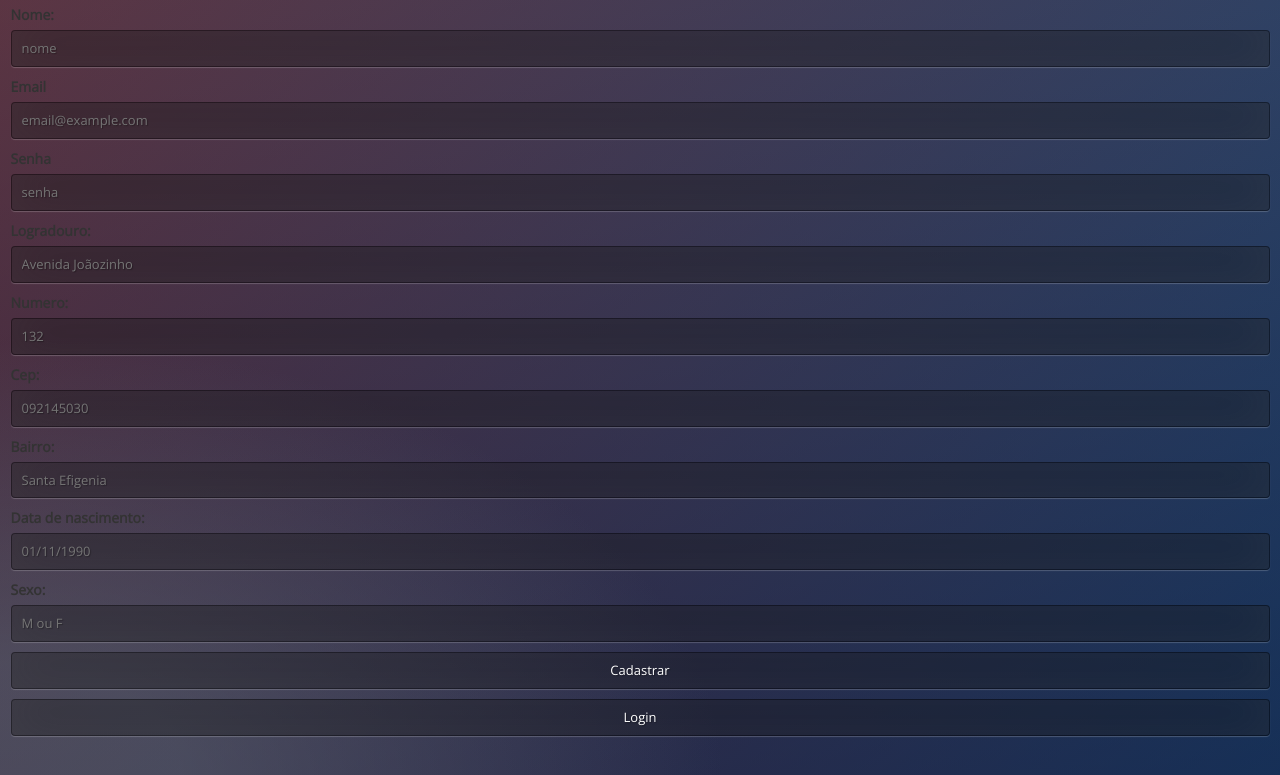
Repository: moises2112/Projetos
Page: http://localhost/Dog/cadastrar.jsp
These files come from the project's save history. The page is drawn as it stood at one moment and after the next save; the edit follows.
The browser window is 1280 px wide. The pictures show the whole page.
Some web libraries are served in a nearby version. The page is served by Tomcat 9. Other server files are loaded and not shown.

Above is the page before, as saved 2017-06-10 22:01:08.

### Dog/WebContent/cadastrar.jsp

<%@ page language="java" contentType="text/html; charset=ISO-8859-1"
	pageEncoding="ISO-8859-1"%>
<%@ taglib uri="http://java.sun.com/jsp/jstl/core" prefix="c"%>
<!DOCTYPE HTML>
<html>
<head>
<meta charset="UTF-8">
<meta http-equiv="Content-Type" content="text/html; charset=ISO-8859-1">
<link rel="stylesheet" type="text/css" href="css\bootstrap.css">

<link rel="stylesheet"
	href="https://cdnjs.cloudflare.com/ajax/libs/normalize/5.0.0/normalize.min.css">


<style>
/* NOTE: The styles were added inline because Prefixfree needs access to your styles and they must be inlined if they are on local disk! */
@import url(https://fonts.googleapis.com/css?family=Open+Sans);

body {
	width: 100%;
	height: 100%;
	font-family: 'Open Sans', sans-serif;
	background: #092756;
	background: -moz-radial-gradient(0% 100%, ellipse cover, rgba(104, 128, 138, .4)
		10%, rgba(138, 114, 76, 0) 40%),
		-moz-linear-gradient(top, rgba(57, 173, 219, .25) 0%,
		rgba(42, 60, 87, .4) 100%),
		-moz-linear-gradient(-45deg, #670d10 0%, #092756 100%);
	background: -webkit-radial-gradient(0% 100%, ellipse cover, rgba(104, 128, 138, .4)
		10%, rgba(138, 114, 76, 0) 40%),
		-webkit-linear-gradient(top, rgba(57, 173, 219, .25) 0%,
		rgba(42, 60, 87, .4) 100%),
		-webkit-linear-gradient(-45deg, #670d10 0%, #092756 100%);
	background: -o-radial-gradient(0% 100%, ellipse cover, rgba(104, 128, 138, .4)
		10%, rgba(138, 114, 76, 0) 40%),
		-o-linear-gradient(top, rgba(57, 173, 219, .25) 0%,
		rgba(42, 60, 87, .4) 100%),
		-o-linear-gradient(-45deg, #670d10 0%, #092756 100%);
	background: -ms-radial-gradient(0% 100%, ellipse cover, rgba(104, 128, 138, .4)
		10%, rgba(138, 114, 76, 0) 40%),
		-ms-linear-gradient(top, rgba(57, 173, 219, .25) 0%,
		rgba(42, 60, 87, .4) 100%),
		-ms-linear-gradient(-45deg, #670d10 0%, #092756 100%);
	background: -webkit-radial-gradient(0% 100%, ellipse cover, rgba(104, 128, 138, .4)
		10%, rgba(138, 114, 76, 0) 40%),
		linear-gradient(to bottom, rgba(57, 173, 219, .25) 0%,
		rgba(42, 60, 87, .4) 100%),
		linear-gradient(135deg, #670d10 0%, #092756 100%);
	filter: progid:DXImageTransform.Microsoft.gradient( startColorstr='#3E1D6D',
		endColorstr='#092756', GradientType=1);
}

input {
	width: 100%;
	margin-bottom: 10px;
	background: rgba(0, 0, 0, 0.3);
	border: none;
	outline: none;
	padding: 10px;
	font-size: 13px;
	color: #fff;
	text-shadow: 1px 1px 1px rgba(0, 0, 0, 0.3);
	border: 1px solid rgba(0, 0, 0, 0.3);
	border-radius: 4px;
	box-shadow: inset 0 -5px 45px rgba(100, 100, 100, 0.2), 0 1px 1px
		rgba(255, 255, 255, 0.2);
	-webkit-transition: box-shadow .5s ease;
	-moz-transition: box-shadow .5s ease;
	-o-transition: box-shadow .5s ease;
	-ms-transition: box-shadow .5s ease;
	transition: box-shadow .5s ease;
}

input:focus {
	box-shadow: inset 0 -5px 45px rgba(100, 100, 100, 0.4), 0 1px 1px
		rgba(255, 255, 255, 0.2);
}
</style>

<script
	src="https://cdnjs.cloudflare.com/ajax/libs/prefixfree/1.0.7/prefixfree.min.js"></script>

<title>Faça parte do Tindog</title>
</head>
<body>

	<form action="UsuarioController.do?action=inserir" method="post">
		<fieldset>

			<div>
				<label for="nome">Nome:</label> <input type="text" name="nome"
					placeholder="nome" />
			</div>
			<div>
				<label for="email">Email</label> <input type="text" name="email"
					placeholder="email@example.com" />
			</div>
			<div>
				<label for="senha">Senha</label> <input type="password" name="senha"
					placeholder="senha" />
			</div>
			<div>
				<label for="logradouro">Logradouro:</label> <input type="text"
					name="logradouro" placeholder="Avenida Joãozinho" />
			</div>
			<div>
				<label for="numero">Numero:</label> <input type="text" name="numero"
					placeholder="132" />
			</div>
			<div>
				<label for="cep">Cep:</label> <input type="text" name="cep"
					placeholder="092145030" />
			</div>
			<div>
				<label for="bairro">Bairro:</label> <input type="text" name="bairro"
					placeholder="Santa Efigenia" />
			</div>
			<div>
				<label for="dataNascimento">Data de nascimento:</label> <input
					type="text" name="dataNascimento" placeholder="01/11/1990" />
			</div>
			<div>
				<label for="sexo">Sexo:</label> <input type="text" name="sexo"
					placeholder="M ou F" />
			</div>

			<div>
				<input type="submit" value="Cadastrar" /> <input type="button"
					value="Login" onClick="window.location.href='./login.jsp'" />
			</div>
		</fieldset>
	</form>
	<label><c:out value="${erroAoLogar}" /></label>


</body>
</html>

Loaded but not shown: Dog/WebContent/css/bootstrap.css (library)

After the next save:
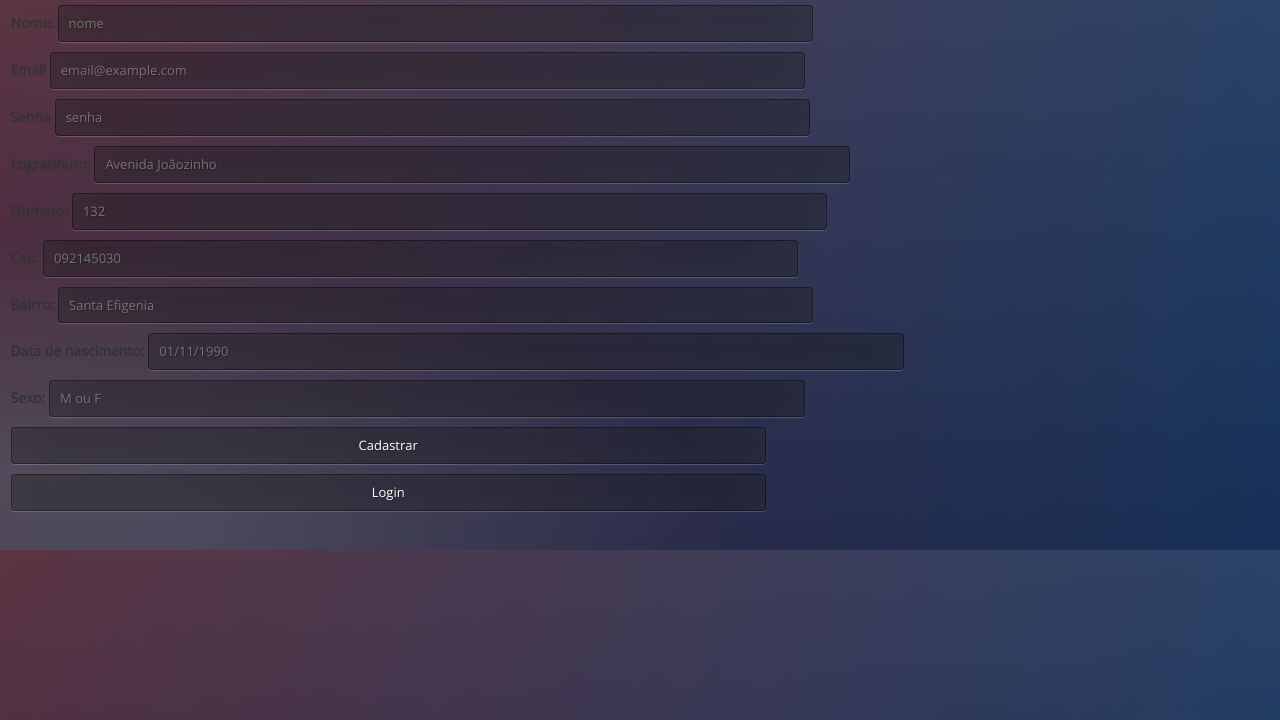
Saved 17 s later.
--- a/Dog/WebContent/cadastrar.jsp
+++ b/Dog/WebContent/cadastrar.jsp
@@ -52,7 +52,7 @@
 }
 
 input {
-	width: 100%;
+	width: 60%;
 	margin-bottom: 10px;
 	background: rgba(0, 0, 0, 0.3);
 	border: none;

After the save that followed:
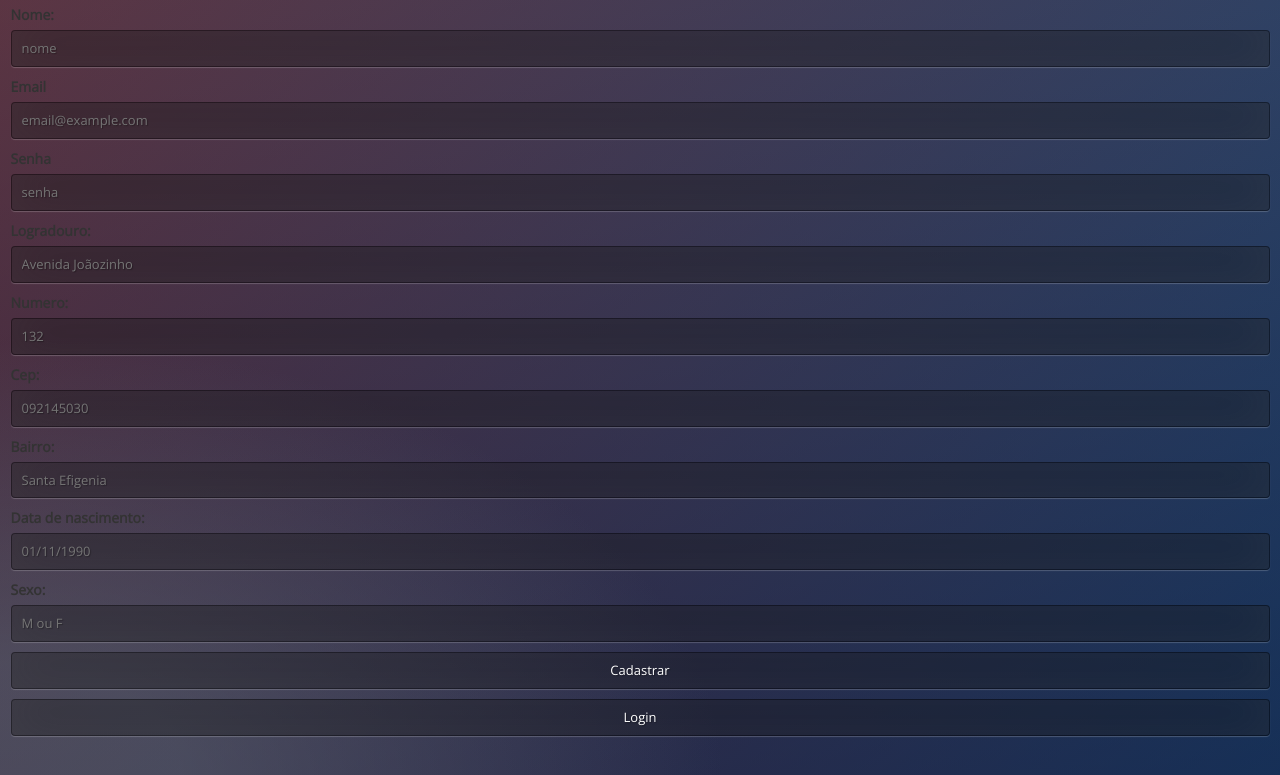
Saved 17 s later.
--- a/Dog/WebContent/cadastrar.jsp
+++ b/Dog/WebContent/cadastrar.jsp
@@ -16,6 +16,14 @@
 <style>
 /* NOTE: The styles were added inline because Prefixfree needs access to your styles and they must be inlined if they are on local disk! */
 @import url(https://fonts.googleapis.com/css?family=Open+Sans);
+
+* {
+	-webkit-box-sizing: border-box;
+	-moz-box-sizing: border-box;
+	-ms-box-sizing: border-box;
+	-o-box-sizing: border-box;
+	box-sizing: border-box;
+}
 
 body {
 	width: 100%;
@@ -52,7 +60,7 @@
 }
 
 input {
-	width: 60%;
+	width: 100%;
 	margin-bottom: 10px;
 	background: rgba(0, 0, 0, 0.3);
 	border: none;
